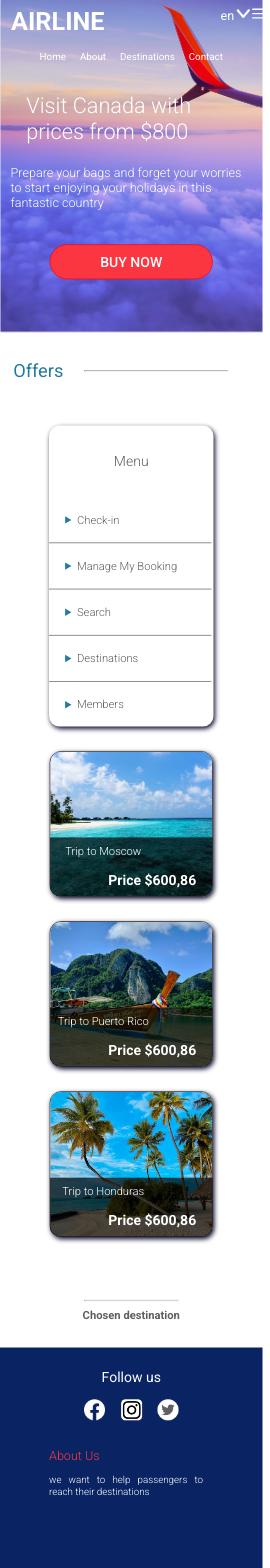
Repository: Cherced/AIRLINES
Page: /
An editor plug-in stored every save of this project. The page is shown before and after the next save, followed by the edit.
The browser window is 375 px wide. The page is 385 px wide, then 375 px, so the pictures cover 385 px, including what lies to the right of the window. The pictures show the part of the page from y = 0 to 2240 px (the page is 2775 px tall), at 70% of full size.
The project was rebuilt for these pictures with package versions that can differ from the ones it lists, and the page was loaded fresh each time. The framework's server and built-in components were replaced by stand-ins that run in the browser. Also part of the build but not shown: components/atoms/BannerStaff/Modal/SelectIdioms.jsx.

Above is the page before, as saved 2022-07-01 07:02:18.

### pages/_app.js
import '../sass/global.scss'

function MyApp({ Component, pageProps }) {

    return <Component {...pageProps} />

  }

  export default MyApp

### sass/global.scss
@import "./settings";
@import "./Elements/banner";
@import "./Elements/offerts";
@import "./Elements/footer";

### components/molecules/Banner.jsx
import React from 'react'
import { Header } from '../atoms/BannerStaff/Header'
import { Promotion } from '../atoms/BannerStaff/Promotion'

export const Banner = () => {
  return (
    <main className="main-Banner--Container">
        <Header/>
        <Promotion/>
    </main>
  )
}

### components/molecules/Offers.jsx
import React from 'react'
import {TripsOffer} from '../atoms/Offerts/TripsOffer'
import { Menu } from '../atoms/Offerts/Menu'

export const Offers = () => {
  return (
    <section className="offers-Section--Container">
    <div className="offers-Title--Container">
        <h1>Offers</h1> <hr />
    </div>
    <div className="offers-BoxModel--Container">
        <div className="offers-BoxModel-Content">
        <TripsOffer/>
        <hr />
        <h3>Chosen destination</h3>
        </div>
        <Menu/>
    </div>
    </section>
  )
}

### components/molecules/Footer.jsx
import React from 'react'
import { SocialMedia } from '../atoms/Footer/SocialMedia'
import { MoreToUs } from '../atoms/Footer/MoreToUs'

export const Footer = () => {
  return (
    <footer className="Footer--Container">
        <SocialMedia/>
        <MoreToUs/>
    </footer>
  )
}

### sass/_settings.scss
//fonts:
@import url('https://fonts.googleapis.com/css2?family=Inter:wght@100;200;300;500;600;700;800;900&family=Roboto:ital,wght@0,100;0,300;0,400;0,500;0,700;0,900;1,100;1,300;1,400;1,500;1,700;1,900&display=swap');

$preSetFont: 'Roboto', sans-serif;

*{
    box-sizing: border-box;
    margin: 0;
    padding: 0;
}

### sass/Elements/_banner.scss
@import "../components/Banner/header";
@import "../components/Banner/promotion";
@import "../components/Banner/modalIdioms";

.main-Banner--Container {
    height: 475px;
    width: 100%;
    background-image: url("../../public/images/plane.jpg");
    background-size: cover;
    background-repeat: no-repeat;
    display: flex;
    flex-direction: column;
    align-items: center;
}

.idiomsShower {
    margin-top: 7px;
    z-index: 3;
    position: absolute;
    left: calc(100% - 130px);
    display: flex;

    button {
        background: transparent;
        border: none;
        text-align: left;
        font: normal normal 400 18px/22px Roboto;
        letter-spacing: 0px;
        color: #FFFFFF;
        opacity: 1;
    }

    img {
        width: 25px;
        height: 25px;


    }
    .menu-Btn{
        display: none;
    }



}

.turn {

    img {
        width: 25px;
        height: 25px;
        transform: rotate(180deg);
        transition: all 0.5s ease-in;
    }

}


.trass {

    img {
        width: 25px;
        height: 25px;
        transform: rotate(-360deg);
        transition: all 0.5s ease-in;
    }

}

@media screen and (max-width: 768px) {
    .idiomsShower{
        left: calc(100% - 100px);
    }
}


@media screen and (max-width: 500px) {
    .idiomsShower{
        left: calc(100% - 100px);
        .menu-Btn{
            display: block;
        }

    }
}


@media screen and (max-width: 425px) {
    .idiomsShower{
        left: calc(100% - 60px);
    }
}

### sass/components/Banner/_header.scss
.header--Container {
    width: 90%;
    height: 70px;
    display: flex;
    align-items: center;
    justify-content: space-between;

    h1 {
        font-family: $preSetFont;
        font-size: 36px;
        text-align: left;
        color: white;
        letter-spacing: 0px;
    }

    .navBar--Container {
        color: white;
        opacity: 1;

        .itmes-Navbar--Container {
            list-style: none;
            display: flex;
            height: 70px;

            li {
                width: auto;
                padding: 40px 20px 0 20px;

                a {
                    font-family: $preSetFont;
                    font-size: 18px;
                    letter-spacing: 0px;
                }

                a:hover {
                    border-bottom: 2px solid white;
                }
            }
        }
    }
}


@media screen and (max-width: 425px) {
    .header--Container {
        width: 80%;
        height: 40px;
        display: flex;
        align-items: center;
        justify-content: space-between;
        flex-direction: column;

        h1 {
            font-family: $preSetFont;
            font-size: 36px;
            text-align: left;
            color: white;
            letter-spacing: 0px;
            margin-top: 10px;
            margin-right: 210px;
        }

        .navBar--Container {
            color: white;
            opacity: 1;

            .itmes-Navbar--Container {
                list-style: none;
                display: flex;
                height: 70px;

                li {
                    width: auto;
                    padding: 20px 10px 0 10px;

                    a {
                        font-family: $preSetFont;
                        font-size: 14px;
                        letter-spacing: 0px;
                    }

                    a:hover {
                        border-bottom: 2px solid white;
                    }
                }
            }
        }
    }
}



@media screen and (max-width: 320px) {
    .header--Container {
        width: 80%;
        height: 40px;
        display: flex;
        align-items: center;
        justify-content: space-between;
        flex-direction: column;

        h1 {
            font-family: $preSetFont;
            font-size: 36px;
            text-align: left;
            color: white;
            letter-spacing: 0px;
            margin-top: 10px;
            margin-right: 150px;
        }

        .navBar--Container {
            color: white;
            opacity: 1;

            .itmes-Navbar--Container {
                list-style: none;
                display: flex;
                height: 70px;

                li {
                    width: auto;
                    padding: 20px 10px 0 10px;

                    a {
                        font-family: $preSetFont;
                        font-size: 14px;
                        letter-spacing: 0px;
                    }

                    a:hover {
                        border-bottom: 2px solid white;
                    }
                }
            }
        }
    }

}

### sass/components/Banner/_promotion.scss
.promotions--Container {
    height: 405px;
    width: 90%;
    display: flex;
    flex-direction: column;
    align-items: flex-start;
    margin-top: 92px;

    h1 {
        text-align: left;
        font-family: $preSetFont;
        font-size: 31px;
        font-weight: 300;
        letter-spacing: 0px;
        opacity: 1;
        color: white;
    }

    p {
        width: 440px;
        text-align: left;
        font-family: $preSetFont;
        font-size: 18px;
        font-weight: 300;
        letter-spacing: 0px;
        color: #FFFFFF;
        opacity: 1;
    }

    .buyNowBtn {
        margin-top: 50px;
        background: #FB3640;
        width: 233px;
        height: 50px;
        font-family: $preSetFont;
        text-align: center;
        font: normal normal 500 20px/24px Roboto;
        letter-spacing: 0px;
        color: #FFFFFF;
        opacity: 1;
        border-radius: 60px;
        border: 1px solid red;
    }
}

@media screen and (max-width: 425px) {
    .promotions--Container {
        height: 405px;
        width: 80%;
        display: flex;
        flex-direction: column;
        align-items: center;
        margin-top: 92px;

        h1 {
            text-align: left;
            font-family: $preSetFont;
            font-size: 31px;
            font-weight: 300;
            letter-spacing: 0px;
            opacity: 1;
            color: white;
            margin-bottom: 30px;
        }

        p {
            width: 345px;
            text-align: left;
            font-family: "Roboto", sans-serif;
            font-size: 18px;
            font-weight: 300;
            letter-spacing: 0px;
            color: #FFFFFF;
            opacity: 1;
        }

        .buyNowBtn {
            margin-top: 50px;
            background: #FB3640;
            width: 233px;
            height: 50px;
            font-family: $preSetFont;
            text-align: center;
            font: normal normal 500 20px/24px Roboto;
            letter-spacing: 0px;
            color: #FFFFFF;
            opacity: 1;
            border-radius: 60px;
            border: 1px solid red;
        }
    }
}


@media screen and (max-width: 320px) {
    .promotions--Container {
        height: 405px;
        width: 80%;
        display: flex;
        flex-direction: column;
        align-items: center;
        margin-top: 92px;

        h1 {
            text-align: left;
            font-family: $preSetFont;
            font-size: 31px;
            font-weight: 300;
            letter-spacing: 0px;
            opacity: 1;
            color: white;
            margin-bottom: 30px;
        }

        p {
            width: 290px;
            text-align: left;
            font-family: "Roboto", sans-serif;
            font-size: 18px;
            font-weight: 300;
            letter-spacing: 0px;
            color: #FFFFFF;
            opacity: 1;
        }

        .buyNowBtn {
            margin-top: 50px;
            background: #FB3640;
            width: 233px;
            height: 50px;
            font-family: $preSetFont;
            text-align: center;
            font: normal normal 500 20px/24px Roboto;
            letter-spacing: 0px;
            color: #FFFFFF;
            opacity: 1;
            border-radius: 60px;
            border: 1px solid red;
        }
    }
}

### sass/components/Banner/_modalIdioms.scss
.ModalContainer {
    background-color: rgba(0, 0, 0, 0.5);
    display: flex;
    justify-content: center;
    align-items: center;
    box-shadow: 0px 10px 10px rgba(0, 0, 0, 8.5);
    position: fixed;
    top: -10px;
    left: -10px;
    right: -10px;
    bottom: -10px;

    .select-Idiom--Modal {
        position: absolute;
        top: 55px;
        left: calc(100% - 260px);
        width: 145px;
        height: 110px;
        background: white;
        display: flex;
        flex-direction: column;
        align-items: center;
        justify-content: center;
        list-style: none;
        text-align: left;
        border-radius: 15px;
        box-shadow: 2px 3px 8px #000029;

        li {
            width: 80%;
            text-align: left;
            font: normal normal normal 18px/22px Roboto;
            letter-spacing: 0px;
            color: #247BA0;
            opacity: 1;
            padding: 5px 0;
        }
    }
}

@media screen and (max-width: 768px) {
    .ModalContainer{
        .select-Idiom--Modal{
            left: calc(100% - 225px);
        }
    }
}


@media screen and (max-width: 425px) {
    .ModalContainer{
        .select-Idiom--Modal{
            left: calc(100% - 190px);
        }
    }
}

### sass/Elements/_footer.scss
@import "../components/Footer/socialMedia";
@import "../components/Footer/moreToUs";

.Footer--Container{
    width: 100%;
    height: 406px;
    background: #0A2463;
}

@media screen and (max-width: 425px) {
    .Footer--Container{
        height: 850px;
    }
}

### sass/components/Footer/_socialMedia.scss
.SocialMedia--Container {
    display: flex;
    flex-direction: column;
    width: 100%;
    align-items: center;
    justify-content: center;

    h1 {
        margin-top: 30px;
        text-align: left;
        font: normal normal 400 20px/24px Roboto;
        letter-spacing: 0px;
        color: #FFFFFF;
        opacity: 1;
    }

    .iconsSocialMedia--Container {
        margin-top: 20px;
        display: flex;
        width: 180px;
        justify-content: space-evenly;

        img {
            width: 30px;
            height: 30px;
        }
    }
}

@media screen and (max-width: 425px) {
    .SocialMedia--Container {
        margin-bottom: 20px;
    }
}

### sass/components/Footer/_moreToUs.scss
.footerNavBar--Container {
    display: flex;
    height: 60%;
    width: 100%;
    justify-content: space-around;
    align-items: center;

    .navbar-Item-Content {
        width: 90%;
        height: 100%;
        margin-top: 100px;
        margin-left: 60px;

        h1 {
            color: #FB3640;
            text-align: left;
            font: normal normal 300 18px/22px Roboto;
            letter-spacing: 0px;
            color: #FB3640;
            opacity: 1;
            margin-bottom: 15px;
        }

        p {
            text-align: left;
            font: normal normal 300 14px/17px Roboto;
            letter-spacing: 0px;
            color: #FFFFFF;
            opacity: 1;
            text-align: justify;
            padding-right: 85px;
        }

        ul {
            list-style-type: none;

            li {
                color: #FFFFFF;
                margin-bottom: 12px;

                a {
                    text-align: left;
                    font: normal normal 300 18px/22px Roboto;
                    letter-spacing: 0px;
                    color: #FFFFFF;
                    opacity: 1;
                }
            }
        }
    }
}

@media screen and (max-width: 425px) {
    .footerNavBar--Container {
        display: flex;
        height: 60%;
        width: 100%;
        justify-content: space-around;
        align-items: center;
        flex-wrap: wrap;
        .navbar-Item-Content {
            width: 90%;
            height: 150px;
            margin-top: 20px;
            margin-left: 70px;
        }
    }


}

### components/atoms/BannerStaff/Header.jsx
import React from 'react'

export const Header = () => {
  return (
    <header className="header--Container">
        <h1>AIRLINE</h1>
        <nav className="navBar--Container">
            <ul className="itmes-Navbar--Container">
                <li><a>Home</a></li>
                <li><a>About</a></li>
                <li><a>Destinations</a></li>
                <li><a>Contact</a></li>
            </ul>
        </nav>
    </header>
  )
}

### components/atoms/BannerStaff/Promotion.jsx
import React from 'react'

export const Promotion = () => {
  return (
    <div className="promotions--Container">
        <h1>Visit Canada with prices from $800</h1>
        <p>Prepare your bags and forget your worries</p>
        <p> to start enjoying your holidays in this fantastic country</p>
        <button className="buyNowBtn" type="button">BUY NOW</button>
    </div>
  )
}

### components/atoms/Offerts/TripsOffer.jsx
import React from 'react'

export const TripsOffer = () => {
  return (
    <div className="promotional-Cards--Container">
        <div className="promotionalCard">
            <img src="/images/moscow.jpg" alt="moscu"/>
            <div className="promotionalCard--Info">
                <p>
                Trip to Moscow
                </p>
                <h1>Price $600,86</h1>
            </div>
        </div>
        <div className="promotionalCard">
            <img src="/images/puerto-rico.jpg" alt="puerrtorro"/>
            <div className="promotionalCard--Info">
                <p>
                Trip to Puerto Rico
                </p>
                <h1>Price $600,86</h1>
            </div>
        </div>
        <div className="promotionalCard">
            <img src="/images/honduras.jpg" alt="honduras"/>
            <div className="promotionalCard--Info">
                <p>
                Trip to Honduras
                </p>
                <h1>Price $600,86</h1>
            </div>
        </div>
    </div>
  )
}

### components/atoms/Offerts/Menu.jsx
import React from 'react'

export const Menu = () => {
  return (
    <aside className="menuAside--Container">
        <h1>Menu</h1>
        <nav className="menuAside-Navbar--Container" id="EXPECIFFFYYY">
        <ul className="list-Items--Container">
            <li><a>Check-in</a></li>
            <li><a>Manage My Booking</a></li>
            <li><a>Search</a></li>
            <li><a>Destinations</a></li>
            <li><a>Members</a></li>
        </ul>
        </nav>
    </aside>
  )
}

### components/atoms/Footer/SocialMedia.jsx
import React from 'react'

export const SocialMedia = () => {
  return (
    <div className="SocialMedia--Container">
        <h1>Follow us</h1>
        <div className="iconsSocialMedia--Container">
            <img src="/images/facebook.png" alt="facebook" />
            <img src="/images/instagram.png" alt="instagram" />
            <img src="/images/twitter.png" alt="tweiter" />
        </div>
    </div>
  )
}

### components/atoms/Footer/MoreToUs.jsx
import React from 'react'

export const MoreToUs = () => {
  return (
    <section className="footerNavBar--Container">
        <nav className="navbar-Item-Content">
            <h1>About Us</h1>
            <p><a>we want to help passengers to reach their destinations</a></p>
        </nav>
        <nav className="navbar-Item-Content">
            <h1>Explore</h1>
            <ul>
                <li><a>Home</a></li>
                <li><a>Destinations</a></li>
                <li><a>About</a></li>
            </ul>
        </nav>
        <nav className="navbar-Item-Content">
            <h1>Information</h1>
            <ul>
            <li><a>More search</a></li>
            <li><a>Blog</a></li>
            <li><a>Manage My Bookings</a></li>
            </ul>
        </nav>
        <nav className="navbar-Item-Content">
            <h1>Services</h1>
            <ul>
            <li><a>Manage My Bookings</a></li>
            <li><a>Checkin</a></li>
            <li><a>Hotel</a></li>
            <li><a>Cars</a></li>
            </ul>
        </nav>
    </section>
  )
}

Loaded but not shown: pages/index.js (35 lines, source omitted); components/atoms/BannerStaff/Modal/ModalPortal.js (13 lines, source omitted); pages/_document.js (16 lines, source omitted); sass/Elements/_offerts.scss (525 lines, source omitted)

After the next save:
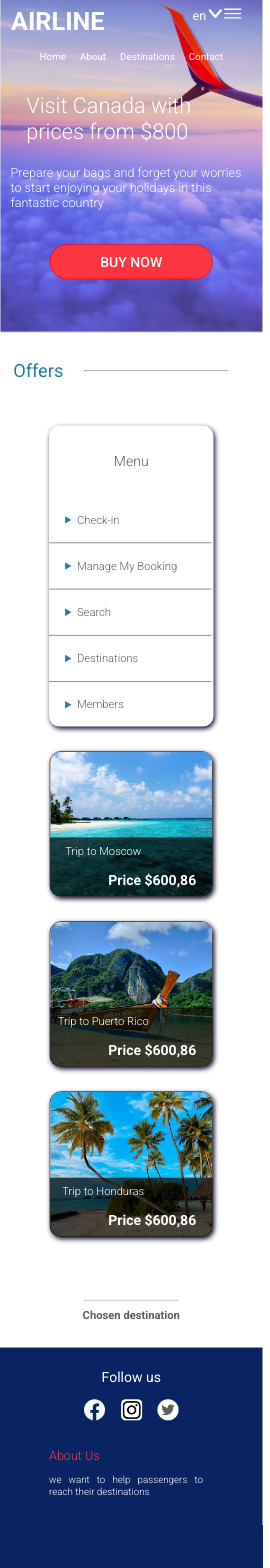
Saved 28 s later.
--- a/sass/Elements/_banner.scss
+++ b/sass/Elements/_banner.scss
@@ -87,6 +87,6 @@
 
 @media screen and (max-width: 425px) {
     .idiomsShower{
-        left: calc(100% - 60px);
+        left: calc(100% - 100px);
     }
 }
